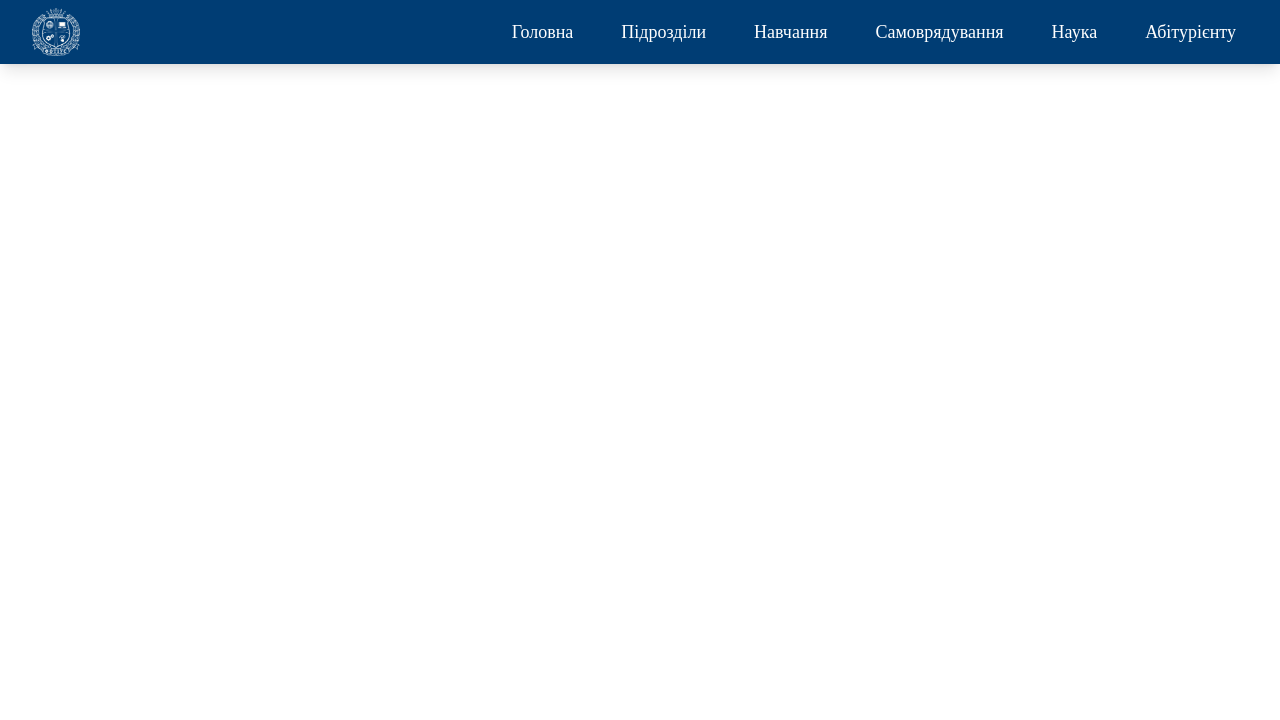
Repository: k-jdev/FOTIUS
Page: /
These files come from the project's save history. The page is drawn as it stood at one moment and after the next save; the edit follows.
The browser window is 1280 px wide. The pictures show the whole page.
The project was rebuilt for these pictures with package versions that can differ from the ones it lists, and the page was loaded fresh each time. Also part of the build but not shown: vite.config.js.

Above is the page before, as saved 2025-04-04 15:07:21.

### src/App.jsx
import { useState } from "react";
import NavBar from "./components/NavBar";

function App() {
  return (
    <>
      <NavBar />
    </>
  );
}

export default App;

### src/index.css
@import "tailwindcss";
@import url("family=Roboto+Mono:ital,wght@0,100..700;1,100..700&display=swap");

html {
  font-family: "Roboto+Mono";
  font-weight: 500;
}

### src/components/NavBar.jsx
import React from "react";
import { useState } from "react";
import NavItem from "./NavItem";

import { Menu, X } from "lucide-react";
import { Link } from "react-router-dom";

import logo from "../images/white_logo_fot.png";

function NavBar() {
  const [isOpen, setIsOpen] = useState(false);
  return (
    <nav className="bg-[#003D74] text-white shadow-lg">
      <div className="max-w-7xl mx-auto px-4 sm:px-6 lg:px-8">
        <div className="flex justify-between h-16 items-center">
          <Link to={"/"} className="">
            <img className="w-12" src={logo} alt="" />
          </Link>
          <div className="hidden md:flex space-x-6">
            <NavItem to="#" label="Головна" />
            <NavItem to="#" label="Підрозділи" />
            <NavItem to="#" label="Навчання" />
            <NavItem to="#" label="Самоврядування" />
            <NavItem to="#" label="Наука" />
            <NavItem to="#" label="Абітурієнту" />
          </div>
        </div>
      </div>
    </nav>
  );
}

export default NavBar;

### src/components/NavItem.jsx
import React from "react";
import { Link } from "react-router-dom";

function NavItem({ to, label, isMobile, setIsOpen }) {
  return (
    <Link
      to={to}
      className="block px-3 py-2 rounded-md text-lg hover:bg-yellow-400 hover:text-blue-900 transition duration-200"
      onClick={() => isMobile && setIsOpen(false)}
    >
      {label}
    </Link>
  );
}
export default NavItem;

### src/components/FacultyInfo.jsx
import React, { useState, useEffect } from "react";

function FacultyInfo() {
  const [isVisible, setIsVisible] = useState(false);

  useEffect(() => {
    // Затримка для анімації появи контенту
    const timer = setTimeout(() => {
      setIsVisible(true);
    }, 300);

    return () => clearTimeout(timer);
  }, []);

  return (
    <section className="max-w-7xl mx-auto py-12 px-4 sm:px-6 lg:px-8">
      <div
        className={`transition-all duration-1000 ease-in-out ${
          isVisible ? "opacity-100 translate-y-0" : "opacity-0 translate-y-8"
        }`}
      >
        <h2 className="text-3xl font-bold text-[#003D74] mb-8 text-center">
          Про факультет
        </h2>

        <div className="grid grid-cols-1 md:grid-cols-2 gap-8 items-center">
          <div
            className={`transition-all duration-1000 delay-300 ease-in-out ${
              isVisible
                ? "opacity-100 translate-x-0"
                : "opacity-0 -translate-x-8"
            }`}
          >
            <div className="bg-gray-200 rounded-lg h-64 flex items-center justify-center">
              <p className="text-gray-500">Зображення факультету</p>
            </div>
          </div>

          <div
            className={`transition-all duration-1000 delay-500 ease-in-out ${
              isVisible
                ? "opacity-100 translate-x-0"
                : "opacity-0 translate-x-8"
            }`}
          >
            <p className="text-gray-700 mb-4 leading-relaxed">
              Навчальними планами cпеціальностей передбачена фундаментальна
              математична підготовка та широкий спектр дисциплін, пов'язаних з
              обчислювальною технікою та програмуванням. Значне місце у
              підготовці майбутніх фахівців займає практична робота на
              комп'ютерах, яка забезпечується наявністю на факультеті 6
              комп'ютерних класів, обладнаних сучасною обчислювальною технікою,
              які під'єднані до загальноуніверситетської локальної мережі та до
              мережі Internet.
            </p>
          </div>
        </div>

        <div
          className={`mt-12 grid grid-cols-1 md:grid-cols-3 gap-6 transition-all duration-1000 delay-700 ease-in-out ${
            isVisible ? "opacity-100 translate-y-0" : "opacity-0 translate-y-8"
          }`}
        >
          <div className="bg-white rounded-lg shadow-lg p-6 hover:shadow-xl transition-shadow">
            <div className="bg-gray-200 rounded h-40 mb-4 flex items-center justify-center">
              <p className="text-gray-500">Комп'ютерні класи</p>
            </div>
            <p className="text-gray-700">
              Крім того, за час навчання студенти вчаться працювати в декількох
              операційних системах і вивчають, як мінімум, чотири мови
              програмування.
            </p>
          </div>

          <div className="bg-white rounded-lg shadow-lg p-6 hover:shadow-xl transition-shadow">
            <div className="bg-gray-200 rounded h-40 mb-4 flex items-center justify-center">
              <p className="text-gray-500">Навчальний процес</p>
            </div>
            <p className="text-gray-700">
              Також всі студенти вивчають англійську мову і цикл
              загальноосвітніх гуманітарних дисциплін.
            </p>
          </div>

          <div className="bg-white rounded-lg shadow-lg p-6 hover:shadow-xl transition-shadow">
            <div className="bg-gray-200 rounded h-40 mb-4 flex items-center justify-center">
              <p className="text-gray-500">Розвиток факультету</p>
            </div>
            <p className="text-gray-700">
              Наш факультет, як і комп'ютерні технології, і сьогодні продовжує
              бурхливо розвиватися.
            </p>
          </div>
        </div>
      </div>
    </section>
  );
}

export default FacultyInfo;

Loaded but not shown: index.html (common file); src/main.jsx (common file)

After the next save:
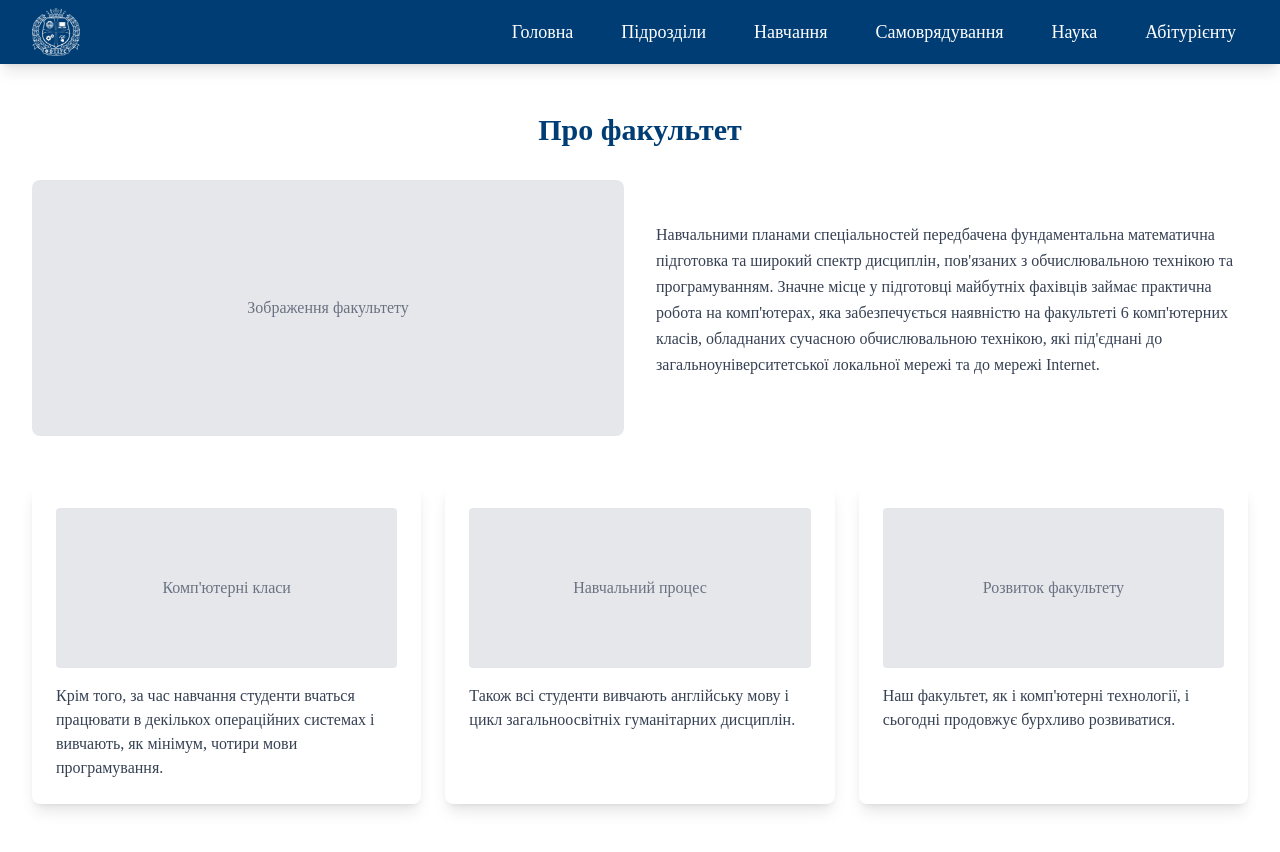
Saved 1 s later.
--- a/src/App.jsx
+++ b/src/App.jsx
@@ -1,10 +1,12 @@
 import { useState } from "react";
 import NavBar from "./components/NavBar";
+import FacultyInfo from "./components/FacultyInfo";
 
 function App() {
   return (
     <>
       <NavBar />
+      <FacultyInfo />
     </>
   );
 }
